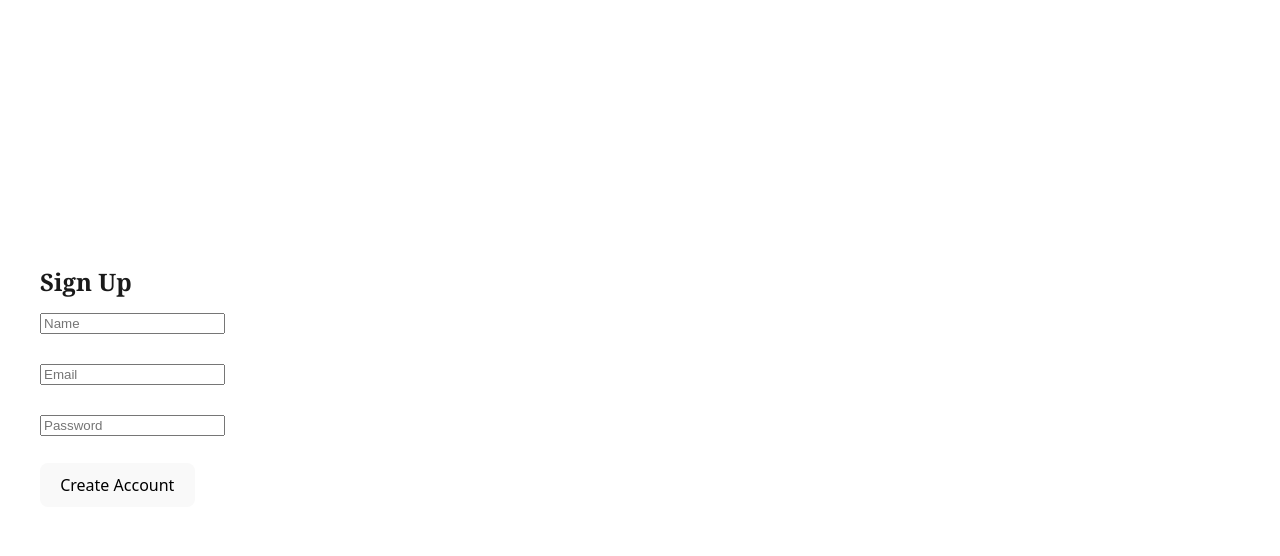
Repository: rozhinasaberi/MyPortfolio
Page: /signup (app in client/)
An editor plug-in stored every save of this project. The page is shown before and after the next save, followed by the edit.
The browser window is 1280 px wide. The pictures show the whole page.
The project was rebuilt for these pictures with package versions that can differ from the ones it lists, and the page was loaded fresh each time. Also part of the build but not shown: client/src/Login.jsx, client/src/CustomerDashboard.jsx, client/src/App.jsx.

Above is the page before, as saved 2025-11-30 21:46:35.

After the next save:
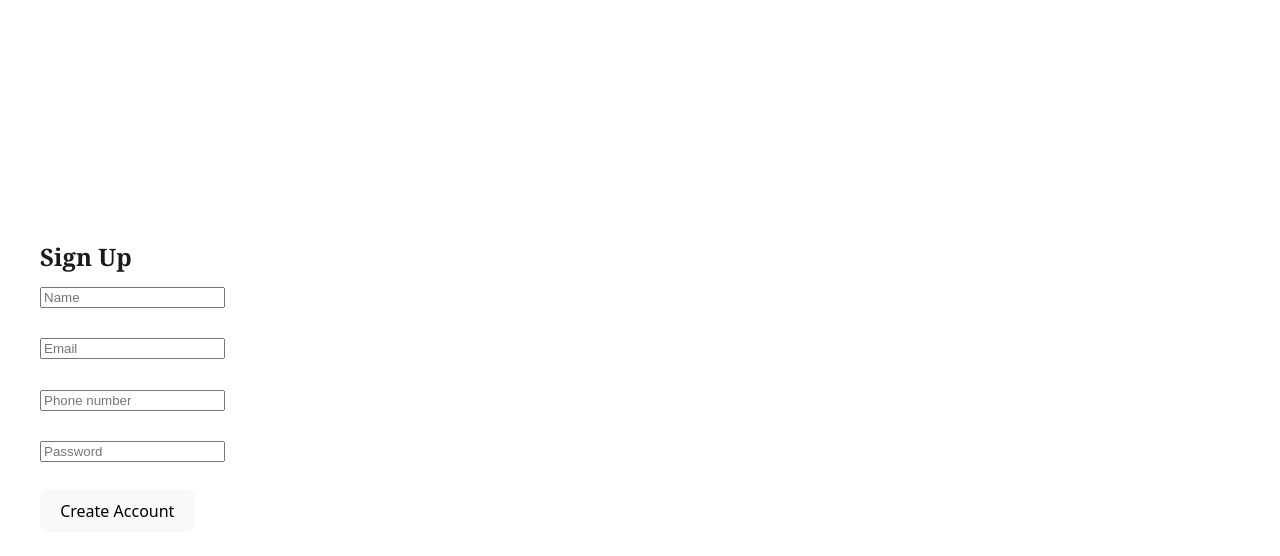
Saved 16 s later.
--- a/client/src/signup.jsx
+++ b/client/src/signup.jsx
@@ -1,8 +1,10 @@
+// client/src/signup.jsx
 import { useState } from "react";
 
-export default function Signup() {
+export default function Signup({ onSuccess }) {
   const [name, setName] = useState("");
   const [email, setEmail] = useState("");
+  const [phone, setPhone] = useState("");   // NEW
   const [password, setPassword] = useState("");
   const [message, setMessage] = useState("");
 
@@ -13,19 +15,23 @@ export default function Signup() {
       const res = await fetch("http://localhost:3000/auth/signup", {
         method: "POST",
         headers: { "Content-Type": "application/json" },
-        body: JSON.stringify({ name, email, password }),
+        body: JSON.stringify({ name, email, password, phone }),
       });
 
       const data = await res.json();
 
       if (res.ok) {
-        setMessage("Signup successful! ");
-        localStorage.setItem("token", data.token);
-        onSuccess(data.user);
+        setMessage("Signup successful! 🎉");
+
+        // let Contact section know user is ready
+        if (onSuccess && data.user) {
+          onSuccess(data.user);
+        }
       } else {
         setMessage(data.error || "Signup failed.");
       }
     } catch (err) {
+      console.error(err);
       setMessage("Server error.");
     }
   };
@@ -50,6 +56,13 @@ export default function Signup() {
         /><br /><br />
 
         <input
+          type="tel"
+          placeholder="Phone number"
+          value={phone}
+          onChange={(e) => setPhone(e.target.value)}
+        /><br /><br />
+
+        <input
           type="password"
           placeholder="Password"
           value={password}
@@ -59,9 +72,7 @@ export default function Signup() {
         <button type="submit">Create Account</button>
       </form>
 
-      <p style={{ marginTop: "20px" }}>
-        {message}
-      </p>
+      <p style={{ marginTop: "20px" }}>{message}</p>
     </div>
   );
 }
